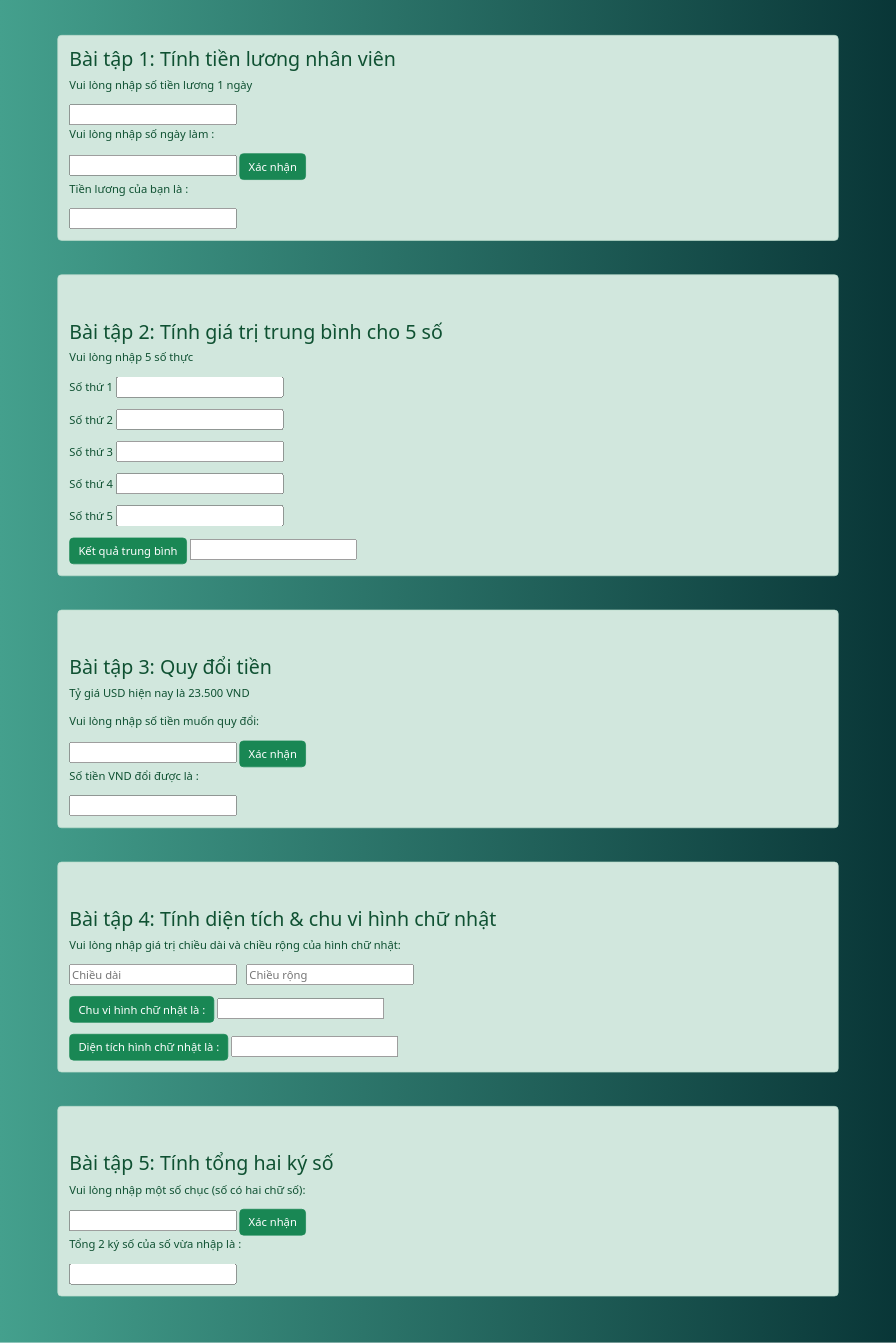
Repository: hcozyph/TranHuuPhuoc_BC43_BT_JS_Buoi2
Page: index.html
An editor plug-in stored every save of this project. The page is shown before and after the next save, followed by the edit.
The browser window is 1280 px wide. The pictures show the whole page, at 70% of full size.

Above is the page before, as saved 2023-02-03 20:47:54.

### index.html
<!DOCTYPE html>
<html lang="en">
    <head>
        <title>BT JS - Buoi 1</title>
        <!-- Required meta tags -->
        <meta charset="utf-8" />
        <meta
            name="viewport"
            content="width=device-width, initial-scale=1, shrink-to-fit=no"
        />

        <!-- font-family -->
        <link
            href="//fonts.googleapis.com/css2?family=Pacifico&amp;display=swap"
            rel="stylesheet"
        />
        <link
            href="//fonts.googleapis.com/css2?family=Quicksand:wght@300;400;500;600;700&amp;display=swap"
            rel="stylesheet"
        />

        <!-- Bootstrap CSS v5.2.1 -->
        <link
            href="https://cdn.jsdelivr.net/npm/bootstrap@5.2.1/dist/css/bootstrap.min.css"
            rel="stylesheet"
            integrity="sha384-iYQeCzEYFbKjA/T2uDLTpkwGzCiq6soy8tYaI1GyVh/UjpbCx/TYkiZhlZB6+fzT"
            crossorigin="anonymous"
        />

        <!-- FontAwesome 6.2.0 CSS -->
        <link
            rel="stylesheet"
            href="https://cdnjs.cloudflare.com/ajax/libs/font-awesome/6.2.0/css/all.min.css"
            integrity="sha512-xh6O/CkQoPOWDdYTDqeRdPCVd1SpvCA9XXcUnZS2FmJNp1coAFzvtCN9BmamE+4aHK8yyUHUSCcJHgXloTyT2A=="
            crossorigin="anonymous"
            referrerpolicy="no-referrer"
        />

        <!-- index.css -->
        <link rel="stylesheet" href="./style/index.css" />
    </head>

    <body>
        <div class="btvn">
            <!-- BT1 -->
            <div class="container">
                <!-- BT-1 -->
                <div class="BT1 alert alert-success">
                    <h1 class="fs-3">Bài tập 1: Tính tiền lương nhân viên</h1>

                    <!-- <div class="col-4"> -->
                    <p>Vui lòng nhập số tiền lương 1 ngày</p>

                    <input type="text" id="luongMotNgay" />
                    <!-- </div> -->

                    <p>Vui lòng nhập số ngày làm :</p>
                    <input type="number" id="soNgayLam" />
                    <button
                        class="btn btn-success"
                        id="btnXacNhan"
                        onclick="inputSoNgayLam()"
                    >
                        Xác nhận
                    </button>
                    <p>Tiền lương của bạn là :</p>
                    <input type="text" id="result" />
                </div>

                <!-- BT2 -->
                <div class="BT2 alert alert-success mt-5">
                    <h1 class="fs-3 mt-5">
                        Bài tập 2: Tính giá trị trung bình cho 5 số
                    </h1>
                    <p>Vui lòng nhập 5 số thực</p>

                    <p>Số thứ 1 <input type="number" id="n1" /></p>
                    <p>Số thứ 2 <input type="number" id="n2" /></p>
                    <p>Số thứ 3 <input type="number" id="n3" /></p>
                    <p>Số thứ 4 <input type="number" id="n4" /></p>
                    <p>Số thứ 5 <input type="number" id="n5" /></p>

                    <button
                        class="btn btn-success"
                        id="btnAverage"
                        onclick="average()"
                    >
                        Kết quả trung bình
                    </button>
                    <input type="text" id="average" />
                </div>

                <!-- BT3 -->
                <div class="BT3 alert alert-success mt-5">
                    <h1 class="fs-3 mt-5">Bài tập 3: Quy đổi tiền</h1>
                    <p>Tỷ giá USD hiện nay là 23.500 VND</p>
                    <p>Vui lòng nhập số tiền muốn quy đổi:</p>

                    <input type="number" id="inputUsd" />
                    <button
                        class="btn btn-success"
                        id="btnTradeMoney"
                        onclick="tradeMoney ()"
                    >
                        Xác nhận
                    </button>

                    <p>Số tiền VND đổi được là :</p>
                    <input type="text" id="tradeMoney" />
                </div>

                <!-- BT4 -->
                <div class="BT4 alert alert-success mt-5">
                    <h1 class="fs-3 mt-5">
                        Bài tập 4: Tính diện tích & chu vi hình chữ nhật
                    </h1>
                    <p>
                        Vui lòng nhập giá trị chiều dài và chiều rộng của hình
                        chữ nhật:
                    </p>

                    <input type="number" id="length" placeholder="Chiều dài" />
                    <input
                        style="margin-left: 10px"
                        type="number"
                        id="width"
                        placeholder="Chiều rộng"
                    />

                    <div class="chuVi mt-3">
                        <button class="btn btn-success" onclick="chuVi()">
                            Chu vi hình chữ nhật là :
                        </button>
                        <input type="number" id="chuVi" />
                    </div>

                    <div class="dienTich mt-3">
                        <button class="btn btn-success" onclick="dienTich()">
                            Diện tích hình chữ nhật là :
                        </button>
                        <input type="number" id="dienTich" />
                    </div>
                </div>

                <!-- BT5 -->
                <div class="BT5 alert alert-success mt-5">
                    <h1 class="fs-3 mt-5">Bài tập 5: Tính tổng hai ký số</h1>
                    <p>Vui lòng nhập một số chục (số có hai chữ số):</p>
                    <input type="number" id="inputSoChuc" />
                    <button class="btn btn-success" onclick="tong2KySo()">
                        Xác nhận
                    </button>
                    <p>Tổng 2 ký số của số vừa nhập là :</p>
                    <input type="number" id="tong2KySo" />
                </div>
            </div>
        </div>

        <!-- Bootstrap JavaScript Libraries -->
        <script
            src="https://cdn.jsdelivr.net/npm/@popperjs/core@2.11.6/dist/umd/popper.min.js"
            integrity="sha384-oBqDVmMz9ATKxIep9tiCxS/Z9fNfEXiDAYTujMAeBAsjFuCZSmKbSSUnQlmh/jp3"
            crossorigin="anonymous"
        ></script>

        <script
            src="https://cdn.jsdelivr.net/npm/bootstrap@5.2.1/dist/js/bootstrap.min.js"
            integrity="sha384-7VPbUDkoPSGFnVtYi0QogXtr74QeVeeIs99Qfg5YCF+TidwNdjvaKZX19NZ/e6oz"
            crossorigin="anonymous"
        ></script>

        <!-- js customize -->
        <script src="./index.js"></script>
    </body>
</html>

### style/index.css
.btvn {
    background: linear-gradient(to right, rgb(68, 160, 141), rgb(9, 54, 55));
    background-repeat: no-repeat;
    background-size: cover;
    margin: 0 auto;
    padding: 50px;
}

### index.js
//BT1: Tính tiền lương nhân viên
function inputSoNgayLam () {
    //input:
    var soNgayLam = document.getElementById('soNgayLam').value;
    var luongMotNgay = document.getElementById('luongMotNgay').value;

    //output:
    var result = 0;

    //progress
    var result = parseInt(soNgayLam) * parseInt(luongMotNgay);

    document.getElementById('result').value = result.toLocaleString() + ' VND';
}

//BT2: Tính trung bình cộng 5 số
function average () {
    //input:
    var n1 = document.getElementById('n1').value;
    var n2 = document.getElementById('n2').value;
    var n3 = document.getElementById('n3').value;
    var n4 = document.getElementById('n4').value;
    var n5 = document.getElementById('n5').value;
    //output:
    var average = 0;
    const soLuongInput = 5;

    //progress
    var sum = parseFloat(n1) + parseFloat(n2) + parseFloat(n3) + parseFloat(n4) + parseFloat(n5);

    var average =  sum / parseFloat(soLuongInput) ;

    document.getElementById('average').value = average;
}

//BT3: Quy đổi tiền
function tradeMoney () {
    //input
    var inputUsd = document.getElementById('inputUsd').value;
    const tyGia = 23500;

    //output
    var tradeMoney = 0;

    //progress
    var tradeMoney = parseInt(inputUsd) * parseInt(tyGia);
    document.getElementById('tradeMoney').value = tradeMoney.toLocaleString() + ' VND';
}

//BT4: Tính chu vi & diện tích hình chữ nhật
function chuVi () {
    // input
    var length = document.getElementById('length').value;
    var width = document.getElementById('width').value;

    //output
    var chuVi = ( parseInt(length) + parseInt(width) ) * 2;

    //progress
    document.getElementById('chuVi').value = chuVi.toLocaleString();
}


function dienTich () {
    // input
    var length = document.getElementById('length').value;
    var width = document.getElementById('width').value;

    //output
    var dienTich = parseInt(length) * parseInt(width) ;

    //progress
    document.getElementById('dienTich').value = dienTich.toLocaleString();
}


//BT5: Tính tổng hai ký số
function tong2KySo () {
    //input
    var inputSoChuc = document.getElementById('inputSoChuc').value;
    var hangChuc = 0;
    var hangDonVi = 0;

    //output
    var tong2KySo = 0;

    //progress
    var hangChuc = Math.floor(Number(inputSoChuc)/10)
    var hangDonVi = Math.floor(Number(inputSoChuc)%10)
    var tong2KySo = parseInt(hangChuc) + parseInt(hangDonVi);

    document.getElementById('tong2KySo').value = tong2KySo;
}
/*
Link vercel:
https://tran-huu-phuoc-bc-43-bt-js-buoi1.vercel.app/
*/

After the next save:
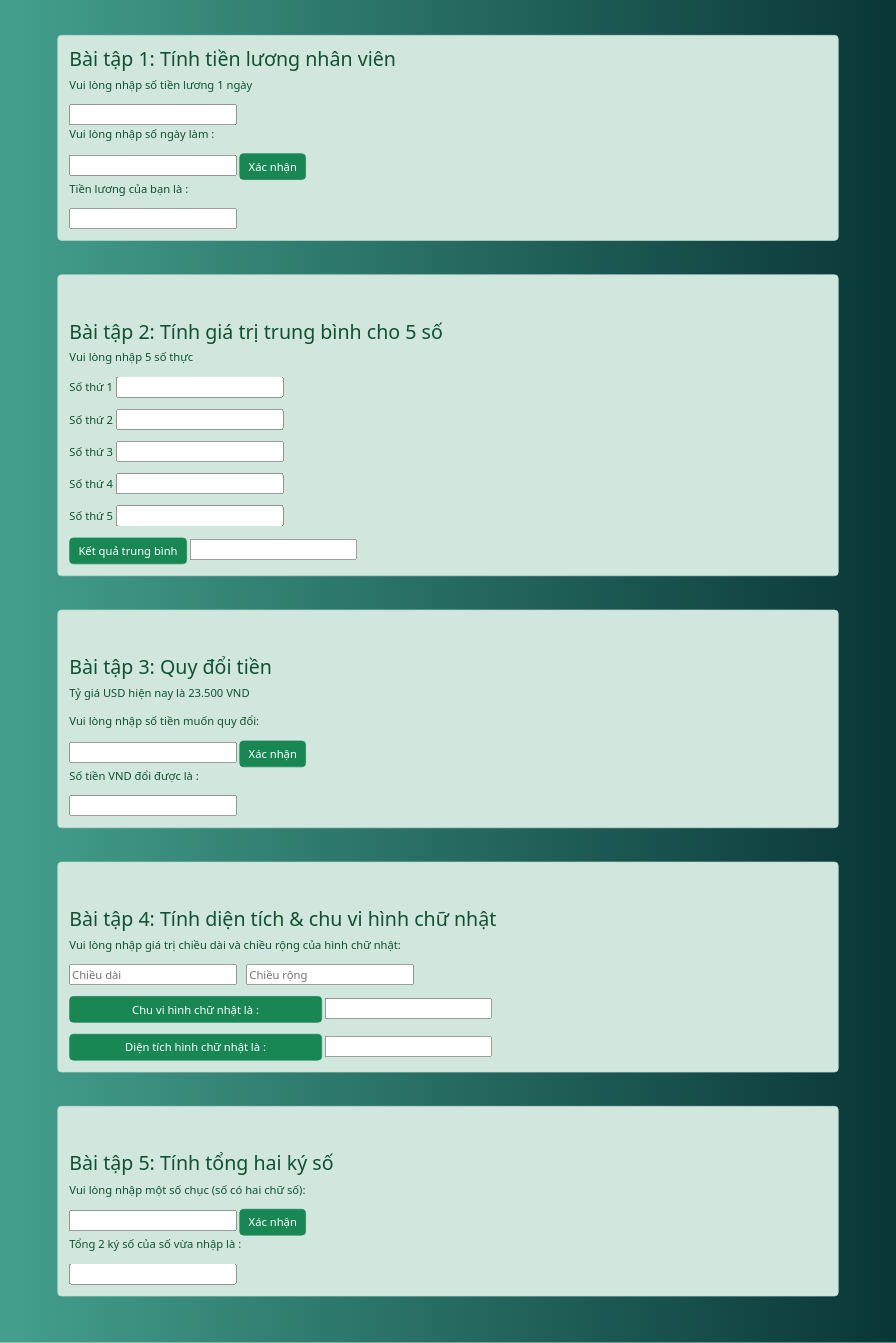
Saved 3 min 19 s later.
--- a/index.html
+++ b/index.html
@@ -128,14 +128,17 @@
                     />
 
                     <div class="chuVi mt-3">
-                        <button class="btn btn-success" onclick="chuVi()">
+                        <button class="btn btn-success col-4" onclick="chuVi()">
                             Chu vi hình chữ nhật là :
                         </button>
                         <input type="number" id="chuVi" />
                     </div>
 
                     <div class="dienTich mt-3">
-                        <button class="btn btn-success" onclick="dienTich()">
+                        <button
+                            class="btn btn-success col-4"
+                            onclick="dienTich()"
+                        >
                             Diện tích hình chữ nhật là :
                         </button>
                         <input type="number" id="dienTich" />
